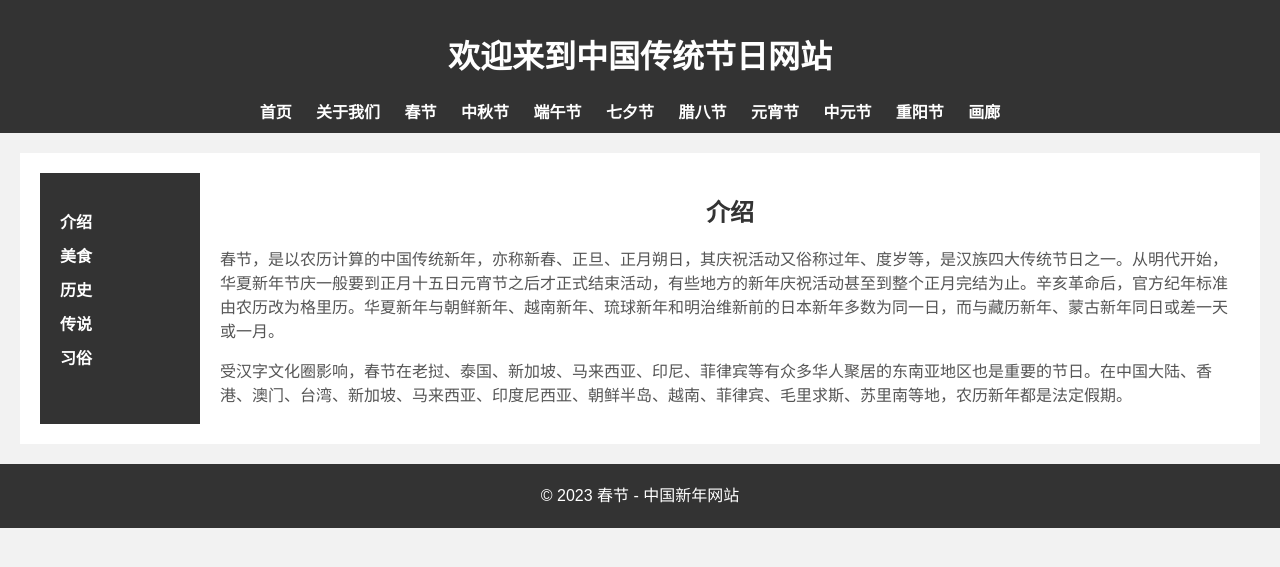
Repository: XueJie1/computer-operation-basics
Page: pages/springfes/springfestival.html
An editor plug-in stored every save of this project. The page is shown before and after the next save, followed by the edit.
The browser window is 1280 px wide. The pictures show the whole page.

Above is the page before, as saved 2023-09-04 19:14:31.

After the next save:
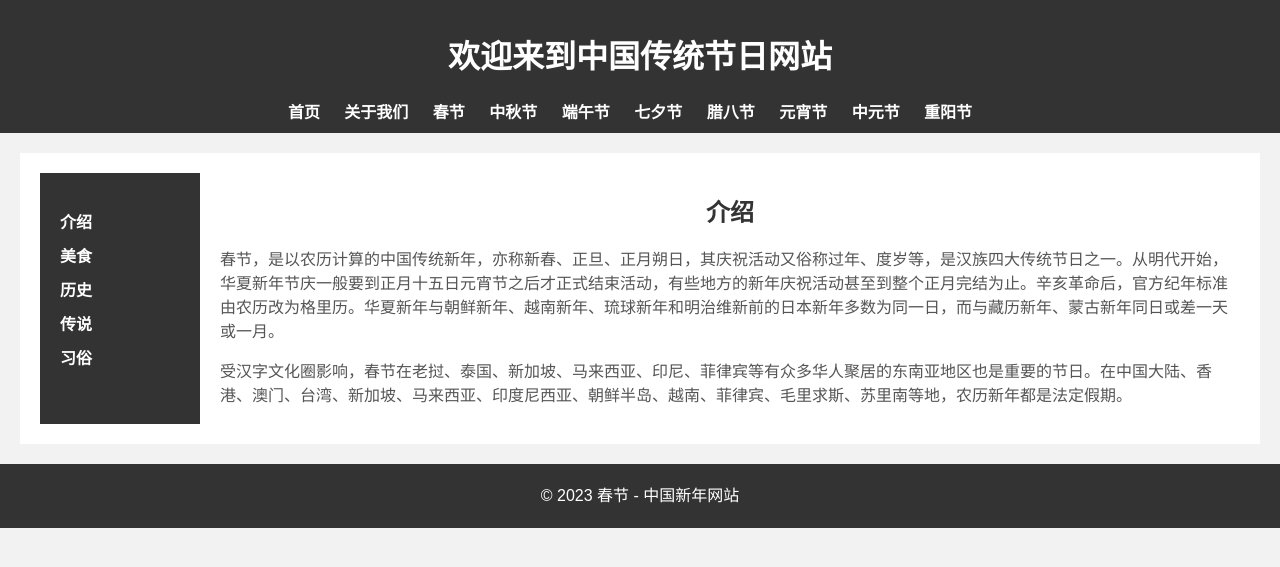
Saved 8 s later.
--- a/pages/springfes/springfestival.html
+++ b/pages/springfes/springfestival.html
@@ -25,7 +25,7 @@
                 <li><a href="../lanternfes/lanternfestival.html">元宵节</a></li>
                 <li><a href="../hungryghostfes/hungryghostfestival.html">中元节</a></li>
                 <li><a href="../doubleninthfes/doubleninthfestival.html">重阳节</a></li>
-                <li><a href="../gallery.html">画廊</a></li>
+
             </ul>
         </nav>
     </div>
